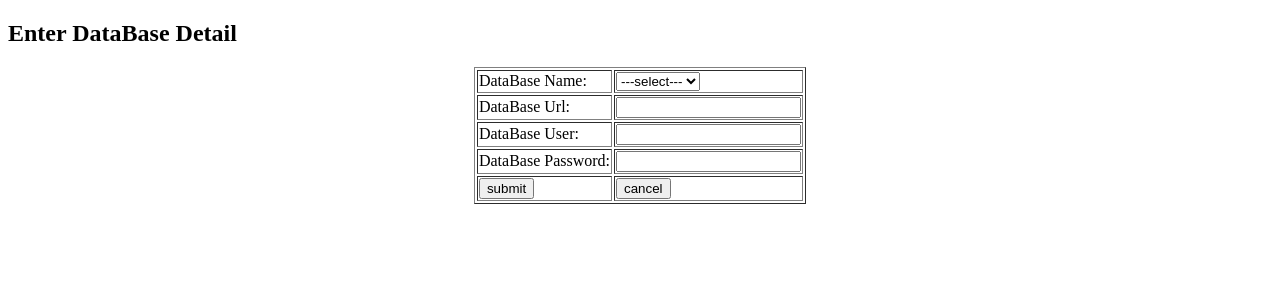
Repository: manish1905/MetaData_Details
Page: http://localhost/MetaData_Details/dbDetails
An editor plug-in stored every save of this project. The page is shown before and after the next save, followed by the edit.
The browser window is 1280 px wide. The pictures show the whole page.
The page is served by Tomcat 9.

Above is the page before, as saved 2018-12-21 09:02:48.

After the next save:
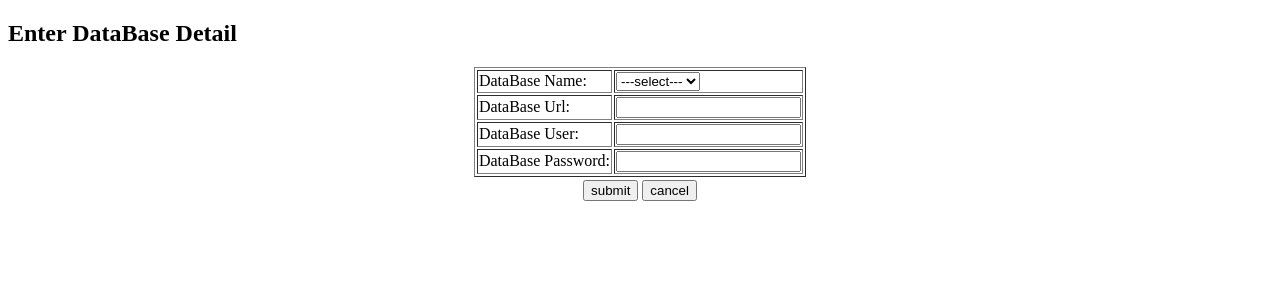
Saved 54 s later.
--- a/MetaData_Details/web/WEB-INF/jsps/dbDetail.jsp
+++ b/MetaData_Details/web/WEB-INF/jsps/dbDetail.jsp
@@ -34,12 +34,14 @@
 	<td>DataBase Password:</td>
 	<td><form:password path="password"/></td>
 	</tr>
+
+	</table>
+	<table align="center">
 	<tr>
 	<td><input type="submit" value="submit"/></td>
 	<td><input type="submit" value="cancel"/></td>
 	</tr>
 	</table>
-
 	</form:form>
 </body>
 </html>
